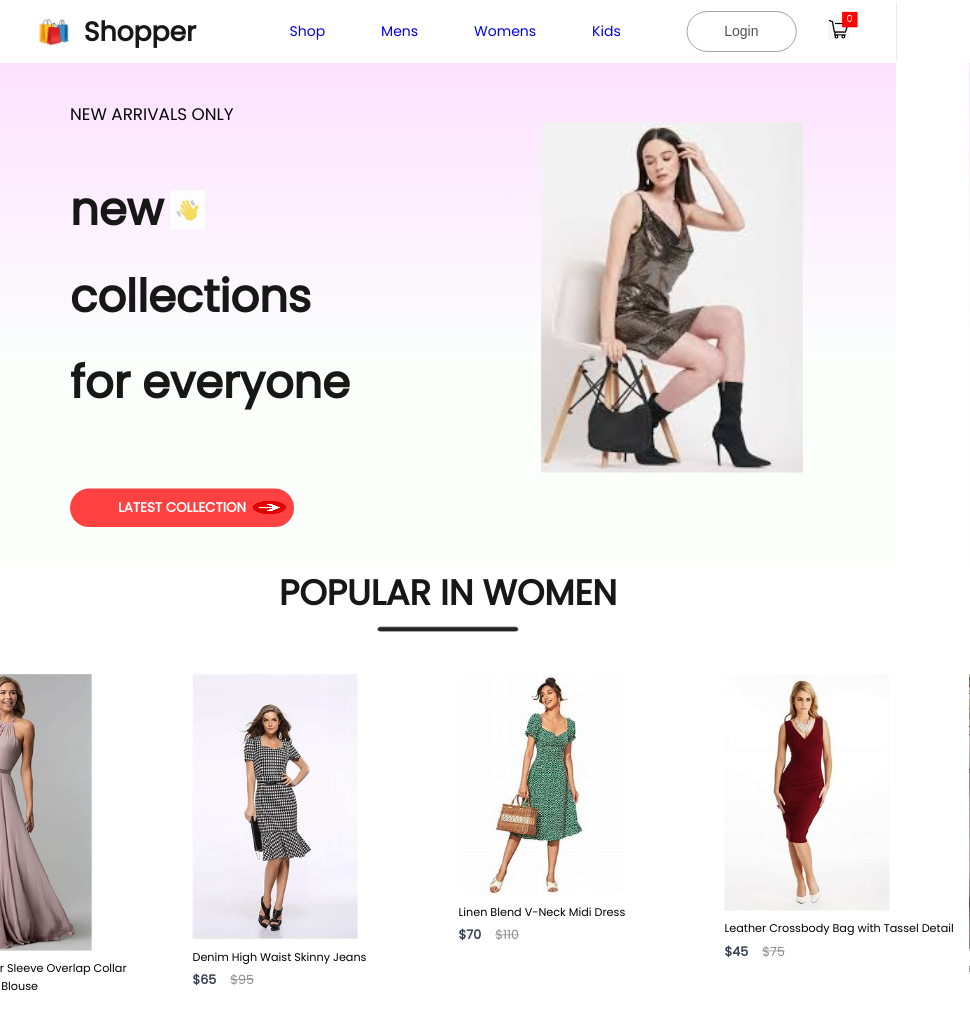
Repository: sshaiv/Shoppie_EcommerceAPP
Page: /
These files come from the project's save history. The page is drawn as it stood at one moment and after the next save; the edit follows.
The browser window is 1280 px wide. The page is 1385 px wide, then 1280 px, then 1385 px, so the pictures cover 1385 px, including what lies to the right of the window. The pictures show the part of the page from y = 0 to 1760 px (the page is 1458 px tall before and 2643 px after), at 70% of full size.
The project was rebuilt for these pictures with package versions that can differ from the ones it lists, and the page was loaded fresh each time. Also part of the build but not shown: src/App.css, src/Components/Pages/ShopCategory.jsx, src/Components/Pages/Product.jsx, src/Components/Pages/Cart.jsx, src/Components/Pages/LoginSignup.jsx.

Above is the page before, as saved 2024-07-16 18:20:15.

### public/index.html
<!DOCTYPE html>
<html lang="en">
  <head>
    <meta charset="utf-8" />
    <link rel="icon" href="%PUBLIC_URL%/favicon.ico" />
    <meta name="viewport" content="width=device-width, initial-scale=1" />
    <meta name="theme-color" content="#000000" />
    <meta
      name="description"
      content="Web site created using create-react-app"
    />
    <link rel="apple-touch-icon" href="%PUBLIC_URL%/logo192.png" />
    <!--
      manifest.json provides metadata used when your web app is installed on a
      user's mobile device or desktop. See https://developers.google.com/web/fundamentals/web-app-manifest/
    -->
    <link rel="manifest" href="%PUBLIC_URL%/manifest.json" />
    <!--
      Notice the use of %PUBLIC_URL% in the tags above.
      It will be replaced with the URL of the `public` folder during the build.
      Only files inside the `public` folder can be referenced from the HTML.

      Unlike "/favicon.ico" or "favicon.ico", "%PUBLIC_URL%/favicon.ico" will
      work correctly both with client-side routing and a non-root public URL.
      Learn how to configure a non-root public URL by running `npm run build`.
    -->
    <link rel="preconnect" href="https://fonts.googleapis.com">
    <link rel="preconnect" href="https://fonts.gstatic.com" crossorigin>
    <link href="https://fonts.googleapis.com/css2?family=Poppins&display=swap" rel="stylesheet">
    <title>E-Commerce</title>
  </head>
  <body>
    <noscript>You need to enable JavaScript to run this app.</noscript>
    <div id="root"></div>
    <!--
      This HTML file is a template.
      If you open it directly in the browser, you will see an empty page.

      You can add webfonts, meta tags, or analytics to this file.
      The build step will place the bundled scripts into the <body> tag.

      To begin the development, run `npm start` or `yarn start`.
      To create a production bundle, use `npm run build` or `yarn build`.
    -->
  </body>
</html>

### src/index.css
*{
  margin: 0;
}

body {
  margin: 0;
  font-family: -apple-system, BlinkMacSystemFont, 'Segoe UI', 'Roboto', 'Oxygen',
    'Ubuntu', 'Cantarell', 'Fira Sans', 'Droid Sans', 'Helvetica Neue',
    sans-serif;
  -webkit-font-smoothing: antialiased;
  -moz-osx-font-smoothing: grayscale;

 font-family:'Poppins';

}

code {
  font-family: source-code-pro, Menlo, Monaco, Consolas, 'Courier New',
    monospace;
}

### src/App.js
import React from 'react';
import './App.css';
import Navbar from './Components/Navbar/Navbar';
import { BrowserRouter, Routes, Route } from 'react-router-dom';
import ShopCategory from './Components/Pages/ShopCategory';
import Product from './Components/Pages/Product';
import Cart from './Components/Pages/Cart';
import LoginSignup from './Components/Pages/LoginSignup';
import Shop from './Components/Pages/Shop';

const App = () => {
  return (
    <div>
      <BrowserRouter>
        <Navbar />
        <Routes>
          <Route path='/' element={<Shop />} />
          <Route path='/mens' element={<ShopCategory category='mens' />} />
          <Route path='/womens' element={<ShopCategory category='women' />} />
          <Route path='/kids' element={<ShopCategory category='kids' />} />
          <Route path='/product' element={<Product />} />
          <Route path='/product/:productID' element={<Product />} />
          <Route path='/cart' element={<Cart />} />
          <Route path='/login' element={<LoginSignup />} />
        </Routes>
      </BrowserRouter>
    </div>
  );
}

export default App;

### src/Components/Navbar/Navbar.jsx
import React, { useState } from 'react'
import './Navbar.css'
import logo from '../Assets/logo.png'
import cart_icon from '../Assets/cart_icon.png'
import { Link } from 'react-router-dom'

const Navbar = () => {
const [menu,setMenu]=useState("shop");

  return (
    <div>
      <div className='navbar'>
        <div className='nav-logo'>
          <img src={logo} alt="Logo" />
          <p>Shopper</p>
        </div>
        <ul className='nav-menu'>
            <li onClick={()=>{setMenu("shop")}}><Link style={{textDecoration:'none'}} to='/'>Shop </Link>{menu==="shop"? <hr/> :<></>}   </li>
            <li onClick={()=>{setMenu("mens")}}><Link style={{textDecoration:'none'}}  to='/mens'>Mens</Link> {menu==="shop"? <hr/> :<></>} </li>
            <li onClick={()=>{setMenu("womens")}}><Link style={{textDecoration:'none'}}  to='/womens'>Womens </Link> {menu==="shop"? <hr/> :<></>} </li>
            <li onClick={()=>{setMenu("kids")}}><Link style={{textDecoration:'none'}}  to='/kids'>Kids</Link> {menu==="shop"? <hr/> :<></>} </li>
        </ul>

        <div className="nav-login-cart">
          <Link to='/login'>  <button>Login</button></Link>
       <Link to='/cart'>   <img src={cart_icon} alt="" /></Link>
      <div className="nav-cart-count">0</div>
        </div>
      </div>
    </div>
  )
}

export default Navbar

### src/Components/Pages/Shop.jsx
import React from 'react';
import Hero from '../Hero/Hero';
import Popular from '../Popular/Popular';

const Shop = () => {
  return (
    <div>
      <Hero/>
      <Popular/>
    </div>
  );
}

export default Shop;

### src/Components/Navbar/Navbar.css
.navbar{
    display: flex;
    justify-content: space-around;
    padding: 16px;
    box-shadow:0 1px 3px -2px black ;

}
.nav-logo{
    display:flex;
    align-items: center;
    gap: 10px;
}

.nav-logo p{
    color: #171717;
    font-size: 38px;
    font-weight: 600;
}
.nav-menu{
    display:flex;
    align-items:center;
    list-style: none;
    gap: 50px;
    color:#626262;
    font-size: 20px;
    font-weight: 500;

}


  .nav-logo img {
    height: 40px;
    margin-right: 10px;
  }



  .nav-menu li {
    margin: 0 15px;
    position: relative;
    cursor: pointer;
  }

  .nav-menu li:hover hr {
    display: block;
  }

  .nav-menu hr {
    display: none;
    width: 80%;
    height: 3px;
    border-radius: 10px;
    background-color:red;

  }

  .nav-login-cart {
    display: flex;
    align-items: center;
    gap: 45px;
  }

  .nav-login-cart button {
    width: 157px;
    height: 58px;
    outline: none;
    border: 1px solid #7a7a7a;
    border-radius: 75px;
    color:#515151;
    font-size: 20px;
    font-weight: 500;
    background: white;
    cursor: pointer;
  }

  .nav-login-cart button:active{
    background:#f3f3f3;
  }
  .nav-login-cart img {
    height: 30px;
    cursor: pointer;
  }
  .nav-cart-count{
    width: 22px;
    height: 22px;
    display: flex;
    justify-content: center;
    align-items:center;
    margin-top: -35px;
    margin-left: -55px;
    border: radius 11px;
    font-size: 14px;
    background-color:red;
    color:white;
  }

  @media (max-width: 768px) {
    .navbar {
      flex-direction: column;
      align-items: center;
    }

    .nav-logo p {
      font-size: 20px;
    }

    .nav-menu {
      flex-direction: column;
      align-items: center;
      gap: 10px;
    }

    .nav-menu li {
      margin: 10px 0;
    }

    .nav-login-cart {
      flex-direction: column;
      align-items: center;
      gap: 10px;
    }
  }

### src/Components/Hero/Hero.jsx
import React from "react";
import "./Hero.css";
import hand_icon from "../Assets/hand_icon.png";
import arrow_icon from "../Assets/arrow_icon.png";
import hero_imae from '../Assets/hero_imae.png';

const Hero = () => {
  return (
    <div className="hero">
      <div className="hero-left">
        <h2>NEW ARRIVALS ONLY</h2>
        <div className="hero-hand-icon">
          <p>new</p>
          <img src={hand_icon} alt="hand icon" />
        </div>
        <p>collections</p>
        <p>for everyone</p>
        <div className="hero-latest-btn">
          <div>Latest Collection</div>
          <img src={arrow_icon} alt="arrow icon" />
        </div>
      </div>
      <div className="hero-right">
        <img src={hero_imae} alt="hero" />
      </div>
    </div>
  );
};

export default Hero;

### src/Components/Popular/Popular.jsx
import React from 'react'
import './Popular.css'
import data_product from '../Assets/data'
import Item from '../Item/Item'

const Popular = () => {
  return (
    <div className='popular'>
      <h1>POPULAR IN WOMEN </h1>
    <hr />
<div className="popular-item">
    {data_product.map((item,i)=>{
        return <Item key={i} id={item.id} name={item.name} image={item.image} new_price={item.new_price} old_price={item.old_price}/>
    })}
</div>
    </div>
  )
}

export default Popular

### src/Components/Hero/Hero.css
.hero {
    height: 100vh;
    background: linear-gradient(180deg, #fde1ff, #e1ffea22 60%);
    display: flex;
    justify-content: space-between;
    align-items: center;
    padding: 0 50px;
    box-sizing: border-box;
  }

  .hero-left {
    flex: 1;
    display: flex;
    flex-direction: column;
    justify-content: center;
    gap: 20px;
    padding-left: 50px;
    line-height: 1.3;
  }

  .hero-left h2 {
    color: #090909;
    font-size: 1.5rem;
    font-weight: 500;
    position: relative;
    bottom: 50px;
  }

  .hero-left p {
    color: #171717;
    font-size: 4rem;
    font-weight: 700;
    margin: 10px 0;
  }

  .hero-hand-icon {
    display: flex;
    align-items: center;
    gap: 10px;
    font-size: 1.5rem;
    font-weight: 500;
    color: #ff4141;
  }

  .hero-hand-icon img {
    width: 50px;
  }
  .hero-latest-btn {
    width: 260px;
    display: flex;
    justify-content: center;
    align-items: center;
    gap: 10px;
    padding: 15px 30px;
    border-radius: 50px;
    margin-top: 30px;
    background: #ff4141;
    color: white;
    font-size: 1.2rem;
    font-weight: 600;
    text-transform: uppercase;
    transition: background 0.3s ease, transform 0.3s ease;
    cursor: pointer;
    position: relative;
    top: 50px; /* Add position relative to the parent */
  }

  .hero-latest-btn img {
    height: 20px;
    width: 50px;
    position: absolute; /* Position the image absolutely */
    right: 10px; /* Adjust right position as needed */
  }

  .hero-latest-btn:hover {
    background: #e63939;
    transform: scale(1.05);
  }


  .hero-right {
    flex: 1;
    display: flex;
    justify-content: center;
    align-items: center;
    padding-right: 50px;
  }

  .hero-right img {
    max-width: 100%;
    height: 500px;
   position: relative;
   left: 50px;
   bottom: 25px;

  }

### src/Components/Popular/Popular.css
.popular {
    height: 90vh;
    display: flex;
    flex-direction: column;
    align-items: center;
    gap:10px;


  }

  .popular h1 {
    font-size: 50px;
    font-weight: 600;
    color: #171717;

  }

  .popular hr {
    width: 200px;
    height: 6px;
    border-radius: 10px;
    background: #252525;

  }

  .popular-item {
margin-top:50px;
display: flex;
    gap: 30px;
  }

### src/Components/Assets/data.js
import p1_img from './product1.png'
import p2_img from './product2.png'
import p3_img from './product3.png'
import p4_img from './product4.png'


let data_product = [
    {
      id: 1,
      name: "Striped Flutter Sleeve Overlap Collar Peplum Hem Blouse",
      image: p1_img,
      new_price: 50.00,
      old_price: 80.50,
    },
    {
      id: 2,
      name: "Denim High Waist Skinny Jeans",
      image: p2_img,
      new_price: 65.00,
      old_price: 95.00,
    },
    {
      id: 3,
      name: "Linen Blend V-Neck Midi Dress",
      image: p3_img,
      new_price: 70.00,
      old_price: 110.00,
    },
    {
      id: 4,
      name: "Leather Crossbody Bag with Tassel Detail",
      image: p4_img,
      new_price: 45.00,
      old_price: 75.00,
    },
  ];


export default data_product;

### src/Components/Item/Item.jsx
import React from 'react'
import './Item.css'

const Item = (props) => {
  return (
    <div className='item'>
      <img src={props.image} alt="" />
      <p>{props.name}</p>
      <div className="item-prices">
        <div className="item-price-new">
            ${props.new_price}
        </div>
        <div className="item-price-old">
            ${props.old_price}
        </div>
      </div>

    </div>
  )
}

export default Item

### src/Components/Item/Item.css
.item{
    width: 350px;

}

.item p{
    margin: 6px 0px;
}

.item-prices{
    display: flex;
    gap: 20px;
}

.item-price-new{
    color: #374151;
    font-size: 18px;
    font-weight: 600;
}

.item-price-old{
    color:#8c8c8c;
    font-size: 18px;
    font-weight: 500;
    text-decoration: line-through;
}
.item:hover{
    transform: scale(1.05);
    transition: 0.6s;
}

Loaded but not shown: src/index.js (common file); src/reportWebVitals.js (common file)

After the next save:
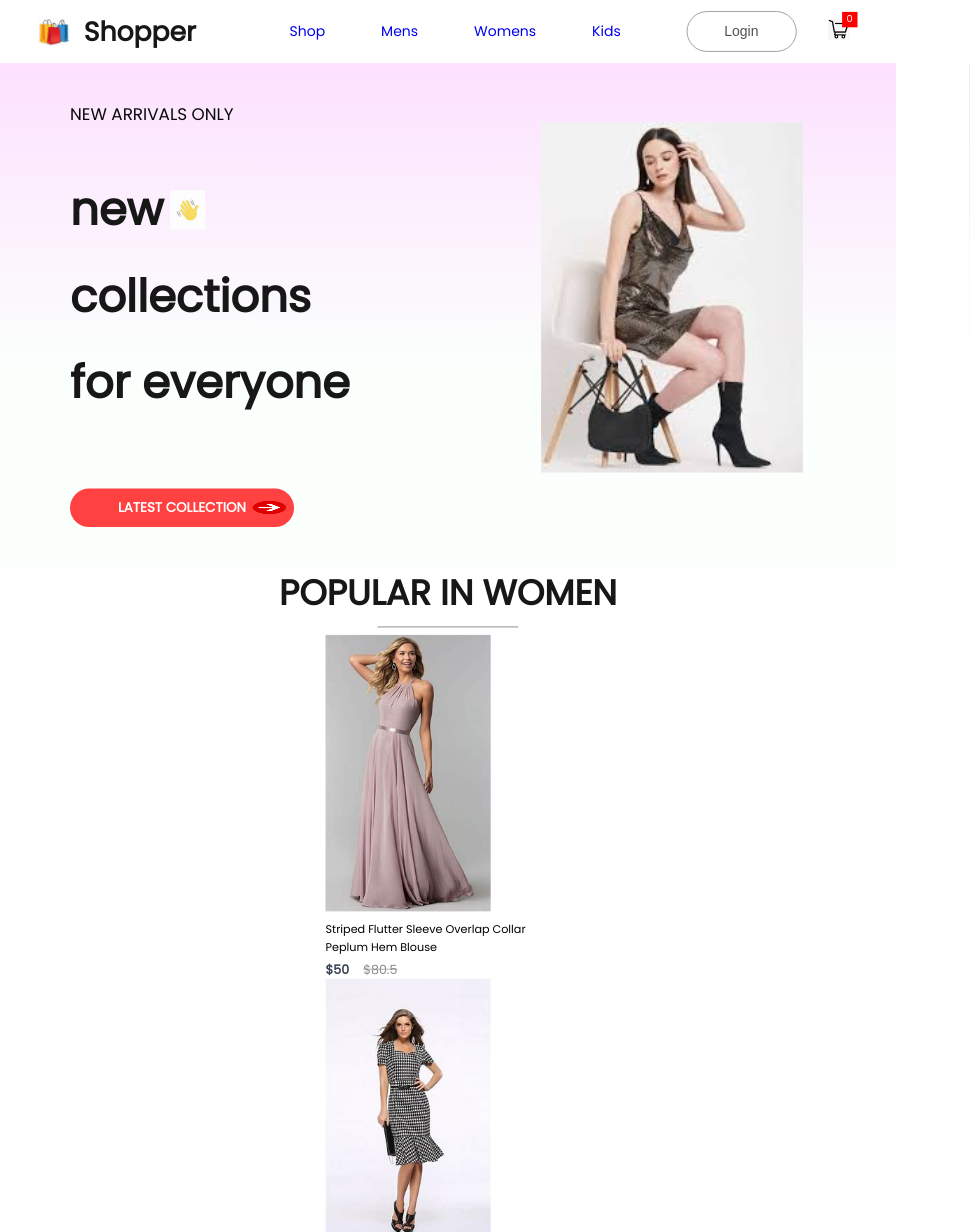
Saved 85 s later.
--- a/src/Components/Popular/Popular.css
+++ b/src/Components/Popular/Popular.css
@@ -22,9 +22,3 @@
     background: #252525;
 
   }
-
-  .popular-item {
-margin-top:50px;
-display: flex;
-    gap: 30px;
-  }

After the save that followed:
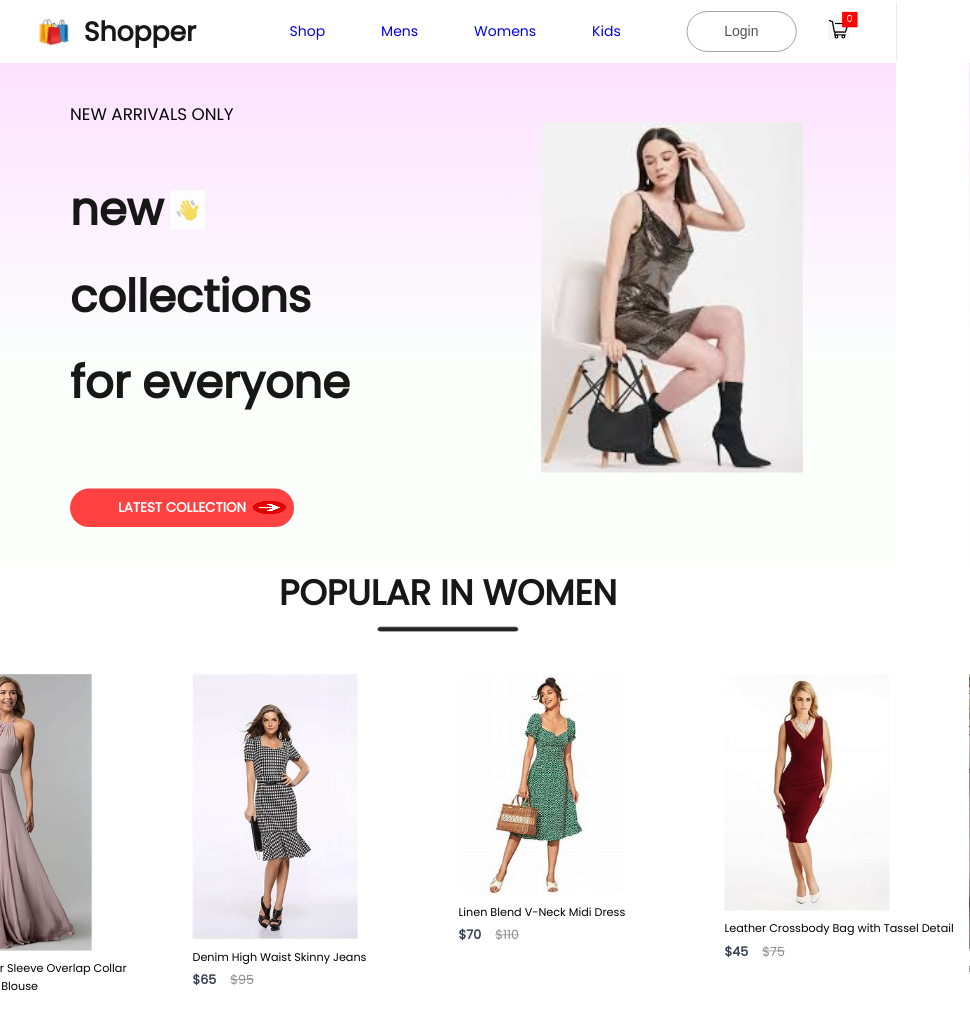
Saved 5 s later.
--- a/src/Components/Popular/Popular.css
+++ b/src/Components/Popular/Popular.css
@@ -22,3 +22,9 @@
     background: #252525;
 
   }
+
+  .popular-item {
+margin-top:50px;
+display: flex;
+    gap: 30px;
+  }
